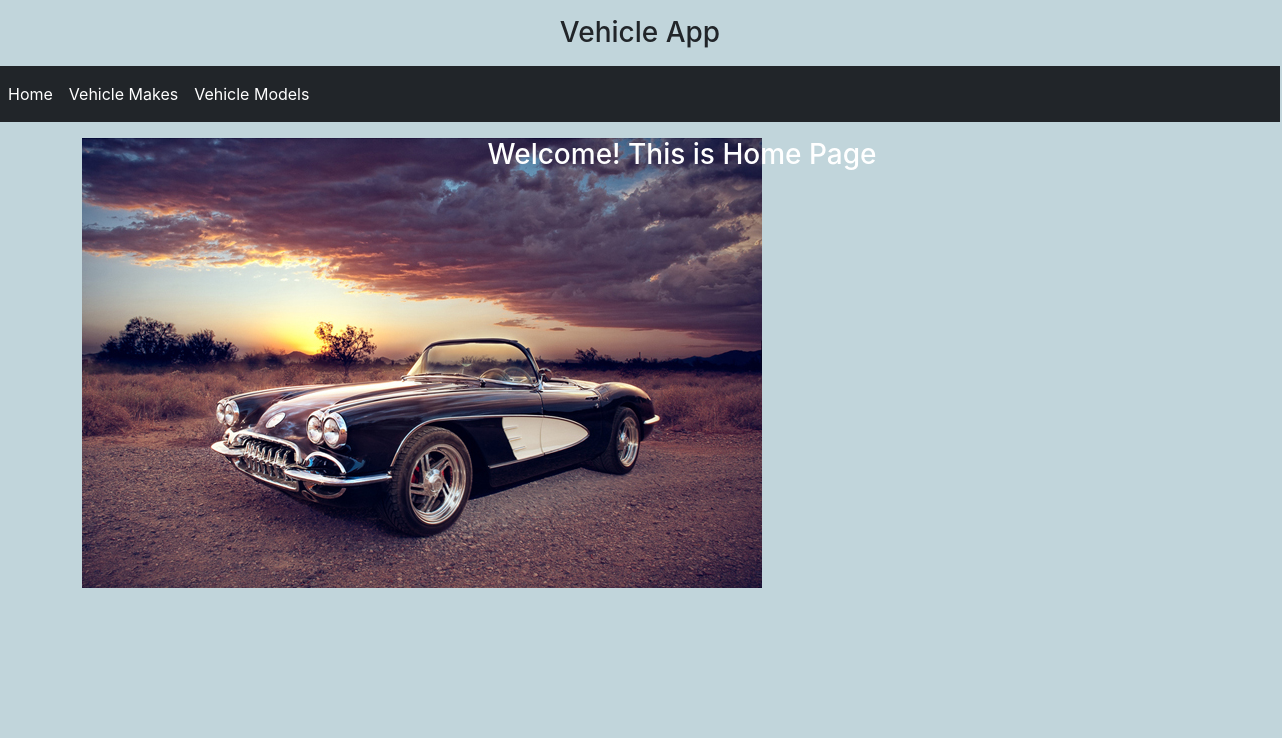
Repository: magdalenarajic/VehicleFrontend
Page: /
The author's editor kept a copy of each file at every save. The page is drawn from the files as they stood at one save, then again after the next save.
The browser window is 1280 px wide. The page is 1282 px wide, then 1280 px, so the pictures cover 1282 px, including what lies to the right of the window. The pictures show the whole page.
The project was rebuilt for these pictures with package versions that can differ from the ones it lists, and the page was loaded fresh each time. Also part of the build but not shown: src/App.css, src/services/makeService.js, src/stores/makeStore.js, src/components/VehicleMake.js, src/services/modelService.js, src/stores/modelStore.js, src/components/VehicleModel.js.

Above is the page before, as saved 2023-03-10 12:02:57.

### public/index.html
<!DOCTYPE html>
<html lang="en">
  <head>
    <meta charset="utf-8" />
    <link rel="icon" href="%PUBLIC_URL%/favicon.ico" />
    <meta name="viewport" content="width=device-width, initial-scale=1" />
    <meta name="theme-color" content="#000000" />
    <meta
      name="description"
      content="Web site created using create-react-app"
    />
    <link rel="apple-touch-icon" href="%PUBLIC_URL%/logo192.png" />
    <!--
      manifest.json provides metadata used when your web app is installed on a
      user's mobile device or desktop. See https://developers.google.com/web/fundamentals/web-app-manifest/
    -->
    <link rel="manifest" href="%PUBLIC_URL%/manifest.json" />
    <!--
      Notice the use of %PUBLIC_URL% in the tags above.
      It will be replaced with the URL of the `public` folder during the build.
      Only files inside the `public` folder can be referenced from the HTML.

      Unlike "/favicon.ico" or "favicon.ico", "%PUBLIC_URL%/favicon.ico" will
      work correctly both with client-side routing and a non-root public URL.
      Learn how to configure a non-root public URL by running `npm run build`.
    -->
    <link
  rel="stylesheet"
  href="https://cdn.jsdelivr.net/npm/bootstrap@5.2.3/dist/css/bootstrap.min.css"
  integrity="sha384-rbsA2VBKQhggwzxH7pPCaAqO46MgnOM80zW1RWuH61DGLwZJEdK2Kadq2F9CUG65"
  crossorigin="anonymous"
/>
    <title>React App</title>
  </head>
  <body>
    <noscript>You need to enable JavaScript to run this app.</noscript>
    <div id="root"></div>
    <!--
      This HTML file is a template.
      If you open it directly in the browser, you will see an empty page.

      You can add webfonts, meta tags, or analytics to this file.
      The build step will place the bundled scripts into the <body> tag.

      To begin the development, run `npm start` or `yarn start`.
      To create a production bundle, use `npm run build` or `yarn build`.
    -->
  </body>
</html>

### src/index.css
body {
  background-color: rgb(193, 213, 219);
  font-family: -apple-system, BlinkMacSystemFont, 'Segoe UI', 'Roboto', 'Oxygen',
    'Ubuntu', 'Cantarell', 'Fira Sans', 'Droid Sans', 'Helvetica Neue',
    sans-serif;
}

code {
  font-family: source-code-pro, Menlo, Monaco, Consolas, 'Courier New',
    monospace;
}

### src/App.js
import './App.css';
import { Home } from './components/Home';
import VehicleMake  from './components/VehicleMake';
import {Navigation} from './components/Navigation';
import VehicleModel from './components/VehicleModel';

import {BrowserRouter, Route, Routes} from 'react-router-dom';

function App() {
  return (
    <BrowserRouter>
    <div >
    <header>
      <h3 className="m-3 d-flex justify-content-center">
        Vehicle App
      </h3>
      </header>
      <div>
      <Navigation/>
       <Routes>
        <Route path='/' element={<Home/>} />
        <Route path='/Makes' element={<VehicleMake/>} />
        <Route path='/Models' element={<VehicleModel/>} />
       </Routes>
    </div>
    </div>
    </BrowserRouter>
  );
}

export default App;

### src/components/Home.js
import React, {Component} from 'react';
import image from '../img/photo4.jpg';
import { Container } from 'react-bootstrap';

export class Home extends Component{

    render(){
          return(
            <Container>
            <div style={{ backgroundImage:`url(${image})` ,
             backgroundRepeat:"no-repeat",
            height:600,width:1200}}>
                <h3 className="m-3 d-flex justify-content-center" style={{color: 'white'}}>
        Welcome!
        This is Home Page
      </h3>
            </div>
            </Container>
          )
    }
}

### src/components/Navigation.js
import React, { Component } from "react";
import { Navbar, Nav } from "react-bootstrap";

export class Navigation extends Component {
  render() {
    return (
      <Navbar bg="dark" variant="dark">
        <Nav variant="pills">
          <Nav.Link className="d-inline p-2 text-white " href="/">
            Home
          </Nav.Link>
          <Nav.Link className="d-inline p-2 text-white" href="/makes">
            Vehicle Makes
          </Nav.Link>
          <Nav.Link className="d-inline p-2 text-white" href="/models">
            Vehicle Models
          </Nav.Link>
        </Nav>
      </Navbar>
    );
  }
}

Loaded but not shown: src/index.js (common file); src/reportWebVitals.js (common file)

After the next save:
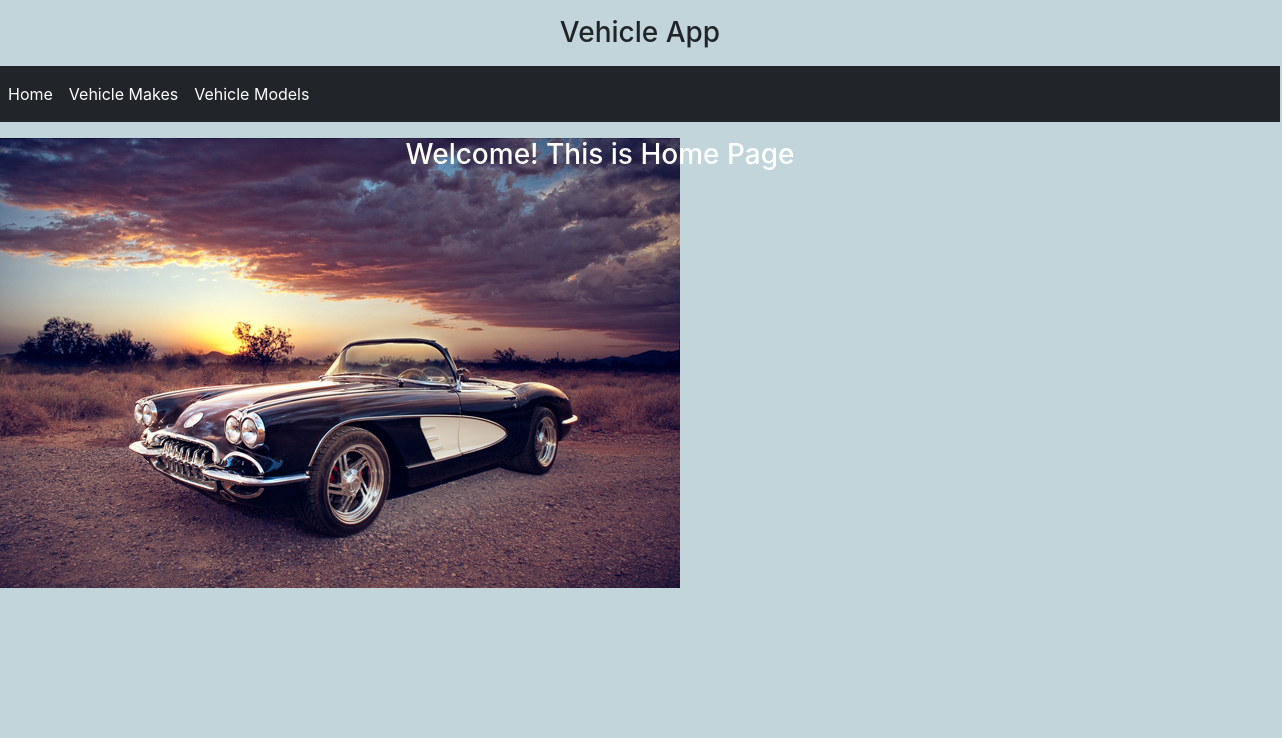
Saved 18 s later.
--- a/src/components/Home.js
+++ b/src/components/Home.js
@@ -6,7 +6,6 @@ export class Home extends Component{
 
     render(){
           return(
-            <Container>
             <div style={{ backgroundImage:`url(${image})` ,
              backgroundRepeat:"no-repeat",
             height:600,width:1200}}>
@@ -15,7 +14,6 @@ export class Home extends Component{
         This is Home Page
       </h3>
             </div>
-            </Container>
           )
     }
 }
